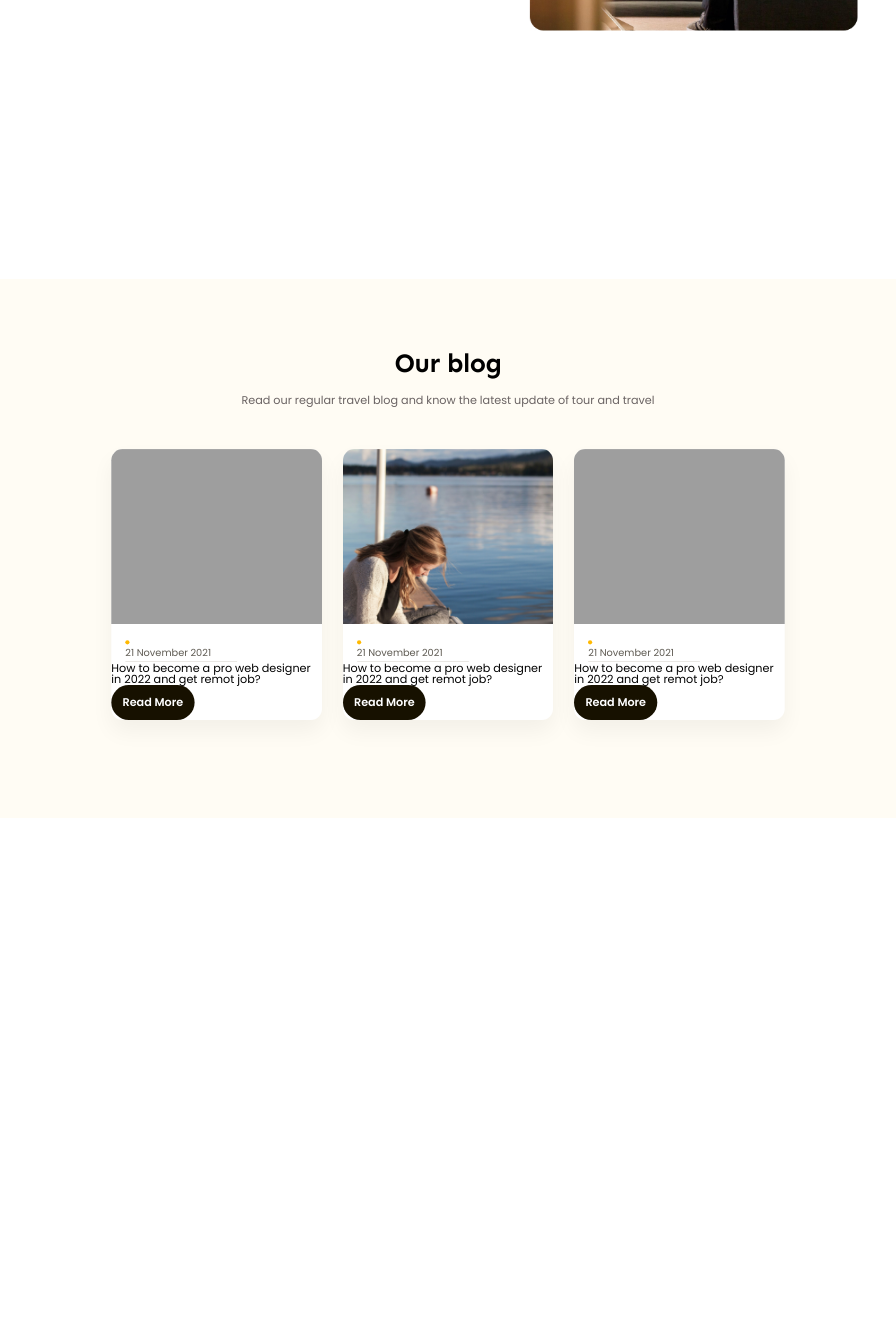
Repository: Toihoclaptrinh/duan1_figma
Page: index.html
An editor plug-in stored every save of this project. The page is shown before and after the next save, followed by the edit.
The browser window is 1280 px wide. The pictures show the part of the page from y = 3582 to 5502 px (the page is 10000 px tall), at 70% of full size.
Pictures or frames that could not be fetched are drawn as grey boxes.

Above is the page before, as saved 2024-02-17 03:39:59.

After the next save:
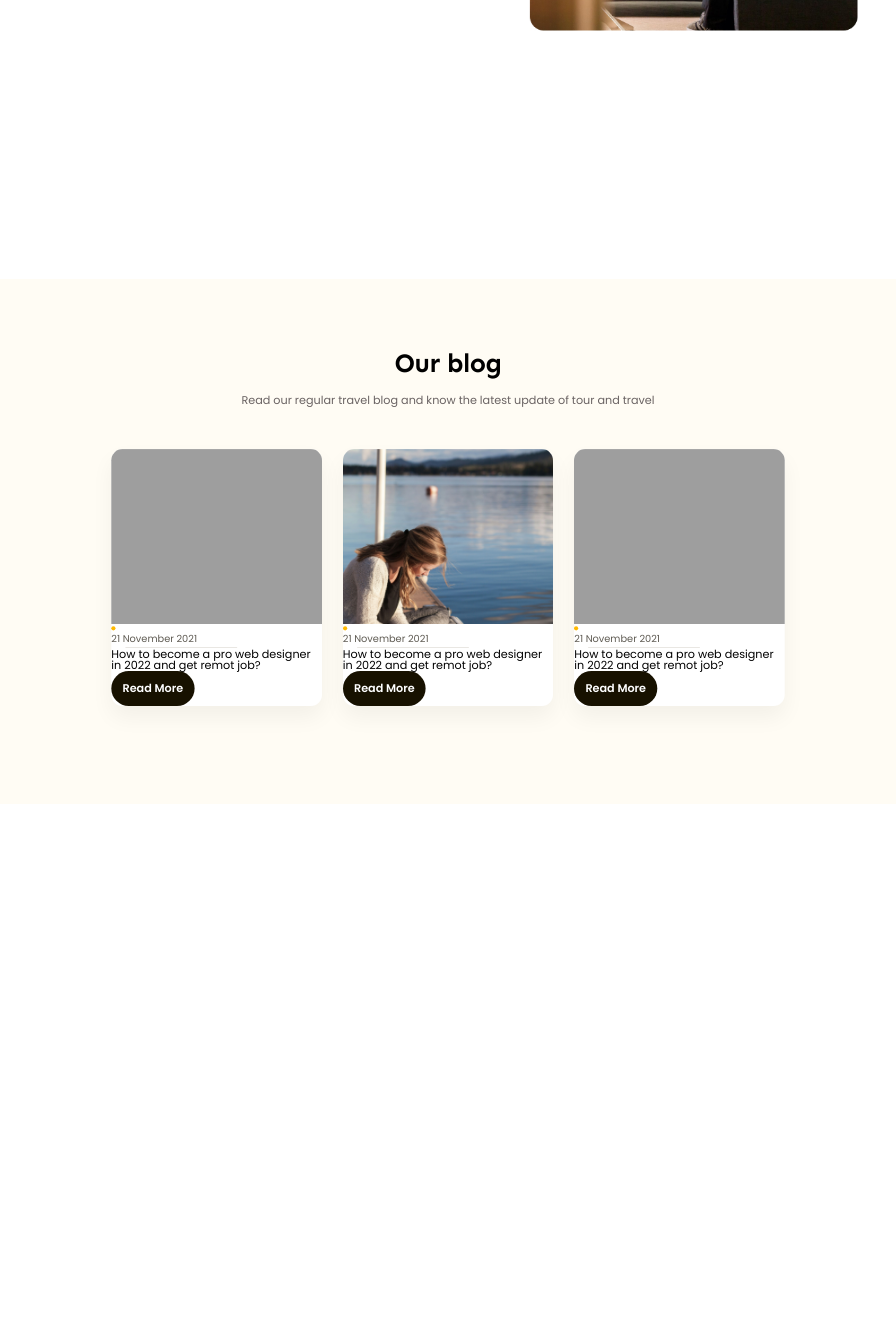
Saved 36 s later.
--- a/assets/css/style.css
+++ b/assets/css/style.css
@@ -632,8 +632,6 @@ a {
 }
 
 .blog-item .blog-content .date {
-  margin-left: 20px;
-  margin-top: 20px;
   color: #5f5b53;
   font-size: 1.4rem;
   font-weight: 400;
